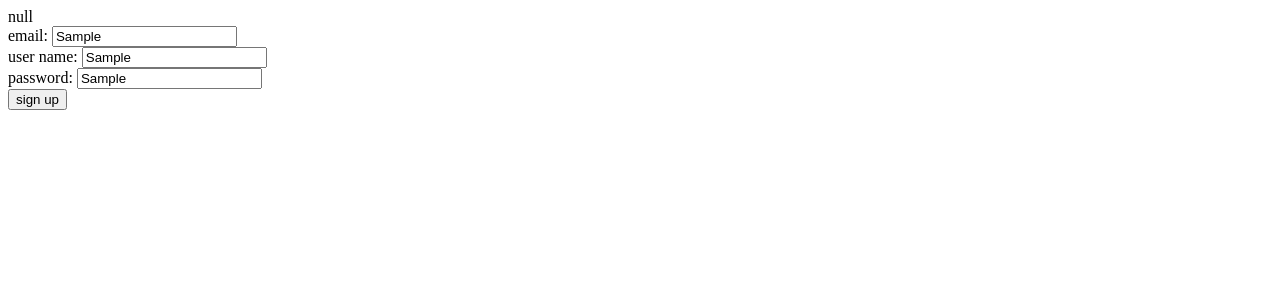
Repository: UnforgivenZZZ/bulldog
Page: http://localhost/bulldog/regist.jsp
The author's editor kept a copy of each file at every save. The page is drawn from the files as they stood at one save, then again after the next save.
The browser window is 1280 px wide. The pictures show the whole page.
Empty fields were first filled with sample values (such as "Sample", 5 or name@example.com).
After loading, the first visible `#email` was changed once.
The page is served by Tomcat 9.

Above is the page before, as saved 2017-07-07 23:06:06.

After the next save:
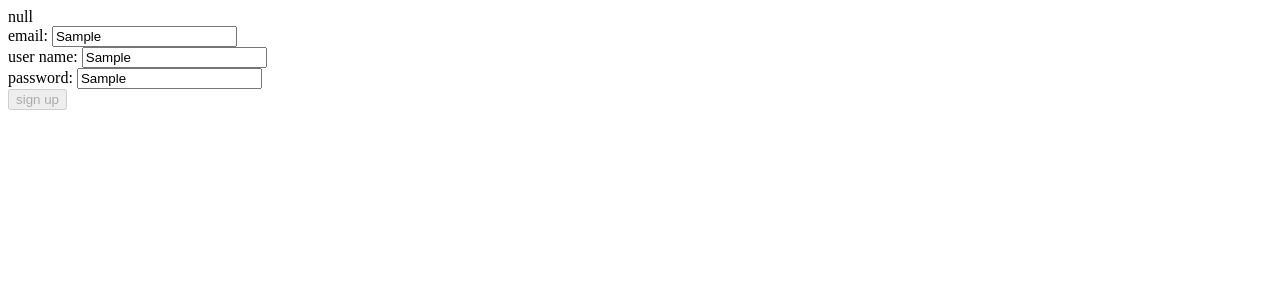
Saved 40 s later.
--- a/bulldog/WebContent/regist.jsp
+++ b/bulldog/WebContent/regist.jsp
@@ -27,7 +27,7 @@ password: <input type="text" placeholder="password" name="pin" onKeyup="checkfor
 function checkform(){
 	var fm = document.forms["signform"].elements;
 	var can_submit = (fm[0].value.length) == 0 && (fm[1].value.length >= 3 && fm[1].value.length <= 30) && (fm[2].value.length >= 5 && fm[2].value.length <= 15);
-	document.getElementById("registerbtn").disabled = can_submit;
+	document.getElementById("registerbtn").disabled = !can_submit;
 
 }
 </script>
